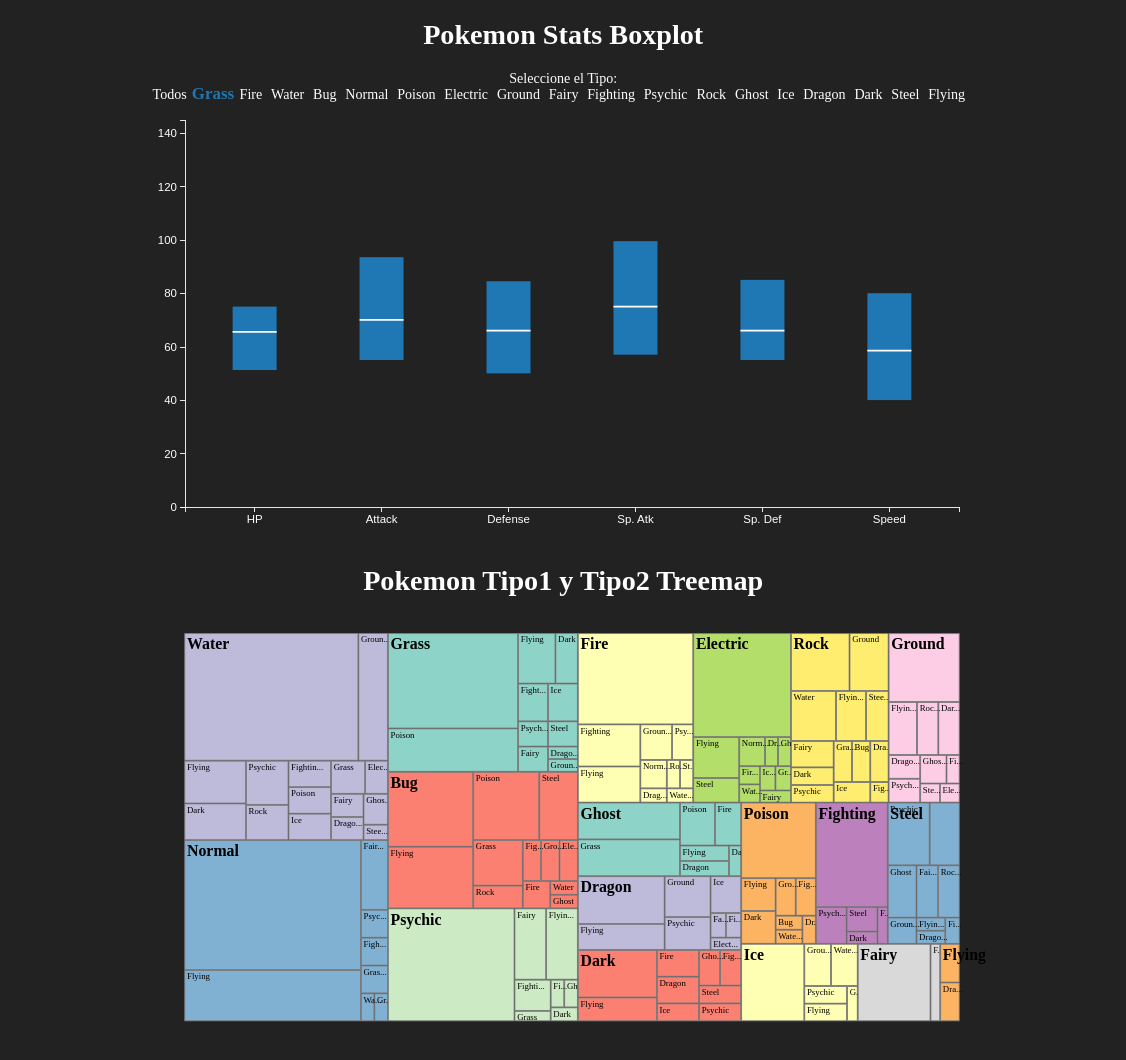
Repository: Cartterr/Proyecto-VisInfo
Page: Propuesta1_Tipos_Cajas.html
These files come from the project's save history. The page is drawn as it stood at one moment and after the next save; the edit follows.
The browser window is 1280 px wide. The pictures show the whole page, at 88% of full size.

Above is the page before, as saved 2023-06-28 04:45:14.

### Propuesta1_Tipos_Cajas.html
<!DOCTYPE html>
<html>
<head>
    <meta charset="utf-8">
    <title>Pokemon Stats Boxplot</title>
    <script src="https://d3js.org/d3.v7.min.js"></script>
</head>

<body>
    <h1>Pokemon Stats Boxplot</h1>
    <link rel="stylesheet" href="Propuesta1_Tipos_Cajas.css">
    <div>
        <label for="typeSelect">Seleccione el Tipo:</label>
        <div class="type-list-container">
            <ul class="type-list" id="typeList"></ul>
        </div>
    </div>
    <div id="boxplot"></div>
    <h1>Pokemon Tipo1 y Tipo2 Treemap</h1>
    <div id="treemap"></div>
    <script src="Propuesta1_Tipos_Cajas.js"></script>
</body>
</html>

### Propuesta1_Tipos_Cajas.css
body {
    margin: 0 auto;
    background-color: #222;
    color: white;
    max-width: 80%;
    min-width: 500px;
    text-align: center;
}

.box {
    fill: #1f77b4;
    cursor: pointer;
    position: relative; /* Agregado */
}

.box:hover {
    fill: #456b86;
}

.tooltip {
    position: absolute;
    background-color: #fff;
    border: 1px solid #ccc;
    padding: 10px;
    pointer-events: none;
    opacity: 0;
    transition: opacity 0.3s ease-in-out;
    top: -40px; /* Agregado */
    left: 0; /* Agregado */
    width: 100px; /* Agregado */
    text-align: center; /* Agregado */
}

.box:hover .tooltip {
    opacity: 1;
}

.median {
    stroke: white;
    stroke-width: 2px;
}

.axis text {
    font-size: 13px;
}

.axis line,
.axis path {
    fill: none;
    stroke: white;
    shape-rendering: crispEdges;
}

.type-list-container {
    display: flex;
    justify-content: center;
}

.type-list {
    display: flex;
    white-space: nowrap;
    padding: 0;
    margin: 0;
    list-style-type: none;
}

.type-list li {
    margin-right: 10px;
    transition: transform 0.3s;
}

.type-list li:hover {
    transform: scale(1.1);
}

.type-list li.selected {
    transform: scale(1.2);
    font-weight: bold;
    color: #1f77b4;
}

.type-list-container {
    overflow-y: hidden;
}

.type-list {
    display: flex;
    white-space: nowrap;
    padding: 0;
    margin: 0;
    list-style-type: none;
}

.type-list li {
    margin-right: 10px;
}

text {
    font-size: 10px;
}

.text-highlight {
    font-size: 18px; /* Adjust the font size as needed */
    font-weight: bold;
    background-color: yellow; /* Adjust the background color as needed */
  }

### Propuesta1_Tipos_Cajas.js
let selectedType = 'Todos';

d3.csv("pokemon.csv").then(data => {
    const types = Array.from(new Set(data.map(d => d["Type 1"])));
    const statNames = ["HP", "Attack", "Defense", "Sp. Atk", "Sp. Def", "Speed"];

    const margin = { top: 20, right: 30, bottom: 40, left: 50 },
        width = 960 - margin.left - margin.right,
        height = 500 - margin.top - margin.bottom;

    const svg = d3.select("#boxplot")
        .append("svg")
        .attr("width", width + margin.left + margin.right)
        .attr("height", height + margin.top + margin.bottom)
        .append("g")
        .attr("transform", `translate(${margin.left},${margin.top})`);

    // Step 1: Add a clipPath to the SVG
    svg.append("defs")
        .append("clipPath")
        .attr("id", "clip")
        .append("rect")
        .attr("width", width)
        .attr("height", height);

    // Step 2: Create a new group within the SVG to contain the boxplot
    const boxplot = svg.append("g")
        .attr("clip-path", "url(#clip)");

    // Add a rect to capture mouse events for zooming
    boxplot.append("rect")
        .attr("width", width)
        .attr("height", height)
        .style("fill", "none")
        .style("pointer-events", "all");

    const x = d3.scaleBand()
        .range([0, width])
        .padding(0.1);

    const y = d3.scaleLinear()
        .range([height, 0]);

    const xAxis = d3.axisBottom(x);
    const yAxis = d3.axisLeft(y);

    svg.append("g")
        .attr("class", "axis x-axis")
        .attr("transform", `translate(0,${height})`)
        .call(xAxis);

    svg.append("g")
        .attr("class", "axis y-axis")
        .call(yAxis);


    // Step 3: Create a zoom behavior and add it to the SVG
    const zoom = d3.zoom()
        .scaleExtent([1, 40])
        .translateExtent([[0, 0], [width, height]])
        .extent([[0, 0], [width, height]])
        .on("zoom", zoomed);

    svg.call(zoom);


    // Step 4: Define a zoomed function to handle the zoom event
    function zoomed(event) {
        // update the x and y scales according to the zoom transform
        const xz = event.transform.rescaleX(x);
        const yz = event.transform.rescaleY(y);

        // update boxplot
        updateBoxPlot(selectedType, xz, yz);
    }


    const updateBoxPlot = (selectedType, xScale = x, yScale = y) => {
        let typeData;
        if (selectedType === 'Todos') {  // Add this condition
            typeData = data;
        } else {
            typeData = data.filter(d => d["Type 1"] === selectedType);
        }

        const typeStats = statNames.map(stat => typeData.map(d => +d[stat]));

        xScale.domain(statNames);
        yScale.domain([0, d3.max(typeStats, d => d3.max(d))]);

        svg.select(".x-axis")
            .call(xAxis);

        svg.select(".y-axis")
            .transition()
            .duration(250)
            .call(yAxis);

        const boxWidth = Math.min(50, x.bandwidth());

        svg.selectAll(".box")
            .data(typeStats)
            .join("rect")
            .transition()
            .duration(450)
            .attr("class", "box")
            .attr("x", (d, i) => xScale(statNames[i]) + (xScale.bandwidth() - boxWidth) / 2)
            .attr("width", boxWidth)
            .attr("y", d => yScale(d3.quantile(d, 0.75)))
            .attr("height", d => yScale(d3.quantile(d, 0.25)) - yScale(d3.quantile(d, 0.75)));

        typeList.selectAll("li")
            .classed("selected", d => d === selectedType);

        svg.selectAll(".median")
            .data(typeStats)
            .join("line")
            .transition()
            .duration(450)
            .attr("class", "median")
            .attr("x1", (d, i) => xScale(statNames[i]) + (xScale.bandwidth() - boxWidth) / 2)
            .attr("x2", (d, i) => xScale(statNames[i]) + (xScale.bandwidth() + boxWidth) / 2)
            .attr("y1", d => yScale(d3.median(d)))
            .attr("y2", d => yScale(d3.median(d)));
    };

    // Step 6: Reset the zoom scale and translate when double-clicking on the boxplot
    boxplot.on("dblclick.zoom", () => {
        boxplot.transition().duration(750).call(zoom.transform, d3.zoomIdentity);
    });

    const typeList = d3.select("#typeList");
    typeList.selectAll("li")
        .data(['Todos'].concat(types))  // Add 'Todos' to the list
        .enter()
        .append("li")
        .text(d => d)
        .on("click", function () {
            let clickedType = d3.select(this).text();

            if (clickedType === selectedType) {
                selectedType = 'Todos';
            } else {
                selectedType = clickedType;
            }

            svgTreemap.selectAll("rect")
                .attr("opacity", d => d.parent.data.name === selectedType || selectedType === 'Todos' ? 1 : 0.3);

            updateBoxPlot(selectedType);
        });


    // Initialize with the first type
    updateBoxPlot(types[0]);

    // Add an id for each Pokemon (needed to compute hierarchy)
    data.forEach((d, i) => d.id = i);


   //TREEMAP
    const color = d3.scaleOrdinal()
    .domain(types)
    .range(d3.schemeSet3);

    // Group the data by Type 1 and Type 2
    let groupedData = d3.group(data, d => d["Type 1"], d => d["Type 2"]);

    // Convert the grouped data into a hierarchical structure
    let hierarchyData = { name: "root", children: [] };
    for (let [type1, values1] of groupedData) {
        let type1Node = { name: type1, children: [] };
        for (let [type2, values2] of values1) {
            type1Node.children.push({ name: type2, value: values2.length });
        }
        hierarchyData.children.push(type1Node);
    }


    // Building the treemap
    const root = d3.hierarchy(hierarchyData)
        .sum(d => d.value)
        .sort((a, b) => b.value - a.value);

    d3.treemap()
        .size([width, height])
        .paddingInner(1)
        (root);

    const svgTreemap = d3.select("#treemap")
        .append("svg")
        .attr("width", width + margin.left + margin.right)
        .attr("height", height + margin.top + margin.bottom)
        .append("g")
        .attr("transform", `translate(${margin.left},${margin.top})`);

    // Create a parent groups for Type 1
    const groups = svgTreemap.selectAll('g')
        .data(root.children)
        .enter()
        .append('g');

    let selectedTypeNode = null;

    // Create a subgroup for each leaf under Type 1 group
    groups.selectAll("rect")
        .data(d => d.leaves())
        .enter()
        .append("rect")
        .attr("x", d => d.x0)
        .attr("y", d => d.y0)
        .attr("width", d => d.x1 - d.x0)
        .attr("height", d => d.y1 - d.y0)
        .attr("fill", d => color(d.parent.data.name)) // color according to Type 1
        .attr("stroke", "grey")
        .attr("opacity", 1)
        .on("click", function(event, d) {
            svgTreemap.selectAll("rect")
                .attr("opacity", 0.3); // reduce opacity for all rectangles

            if (selectedTypeNode) {

                selectedTypeNode.selectAll("rect")
                    .attr("opacity", 0.3); // reset opacity for previously selected group
            }

            if (selectedTypeNode === d3.select(this.parentNode)) {
                selectedTypeNode = null;
            } else {
                selectedTypeNode = d3.select(this.parentNode);

                selectedTypeNode.selectAll("rect")
                    .attr("opacity", 1); // set full opacity for selected group
            }

            const type = d.parent.data.name; // Type 1
            selectedType = selectedType === type ? 'Todos' : type;

            svgTreemap.selectAll("rect")
                .attr("opacity", d => selectedType === 'Todos' || d.parent.data.name === selectedType ? 1 : 0.3);


            typeList.selectAll("li")
                .classed("selected", d => d === selectedType);

            updateBoxPlot(selectedType);
        });

    // Add labels for Type 2 and Type 1
    groups.selectAll("text.type2")
        .data(d => d.leaves())
        .enter()
        .append("text")
        .attr("class", "type2")
        .attr("x", d => d.x0 + 2.5)
        .attr("y", d => d.y0 + 10)
        .text(d => d.data.name.length * 6 < (d.x1 - d.x0) ? d.data.name : `${d.data.name.slice(0, (d.x1 - d.x0) / 6)}...`) // Truncate text if it doesn't fit
        .append("title")  // Tooltip to show full name on hover
        .text(d => d.data.name);

    groups.append("text")
        .attr("class", "type1 text-highlight") // Add the "text-highlight" class
        .attr("x", d => d.x0 + 2.5)
        .attr("y", d => d.y0 + 18)
        .text(d => d.data.name) // show Type 1
        .append("title") // Tooltip to show full name on hover
        .text(d => d.data.name);

});

After the next save:
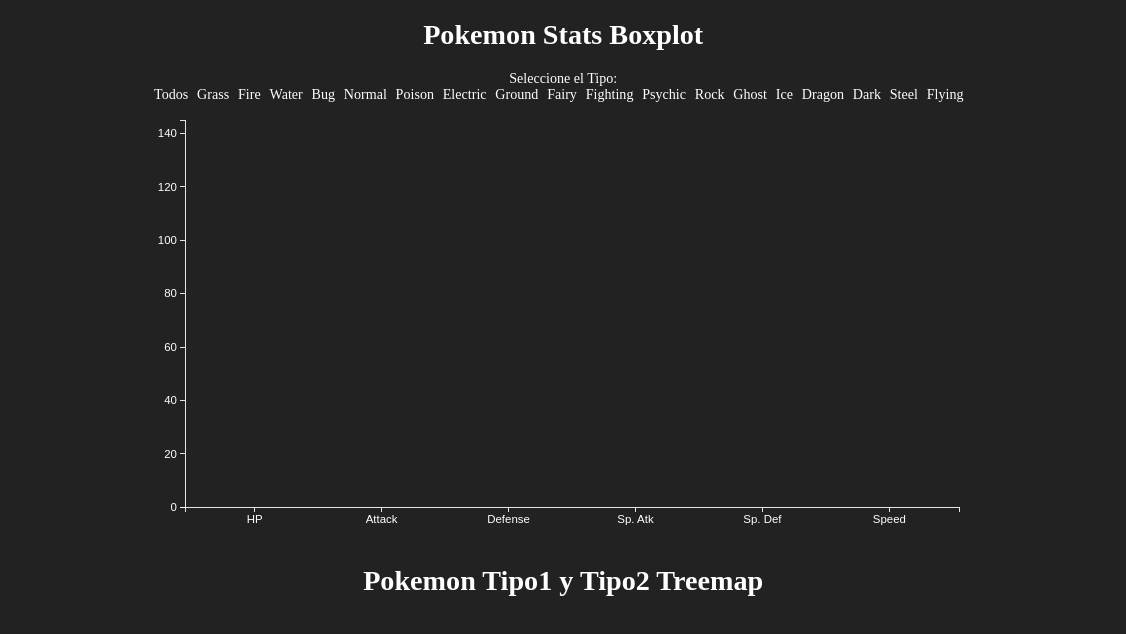
Console error: ReferenceError: xz is not defined
Saved 12 s later.
--- a/Propuesta1_Tipos_Cajas.js
+++ b/Propuesta1_Tipos_Cajas.js
@@ -104,10 +104,10 @@
             .transition()
             .duration(450)
             .attr("class", "box")
-            .attr("x", (d, i) => xScale(statNames[i]) + (xScale.bandwidth() - boxWidth) / 2)
+            .attr("x", (d, i) => xz(statNames[i]) + (xz.bandwidth() - boxWidth) / 2)
             .attr("width", boxWidth)
-            .attr("y", d => yScale(d3.quantile(d, 0.75)))
-            .attr("height", d => yScale(d3.quantile(d, 0.25)) - yScale(d3.quantile(d, 0.75)));
+            .attr("y", d => yz(d3.quantile(d, 0.75)))
+            .attr("height", d => yz(d3.quantile(d, 0.25)) - yz(d3.quantile(d, 0.75)));
 
         typeList.selectAll("li")
             .classed("selected", d => d === selectedType);

After the 5 saves that followed:
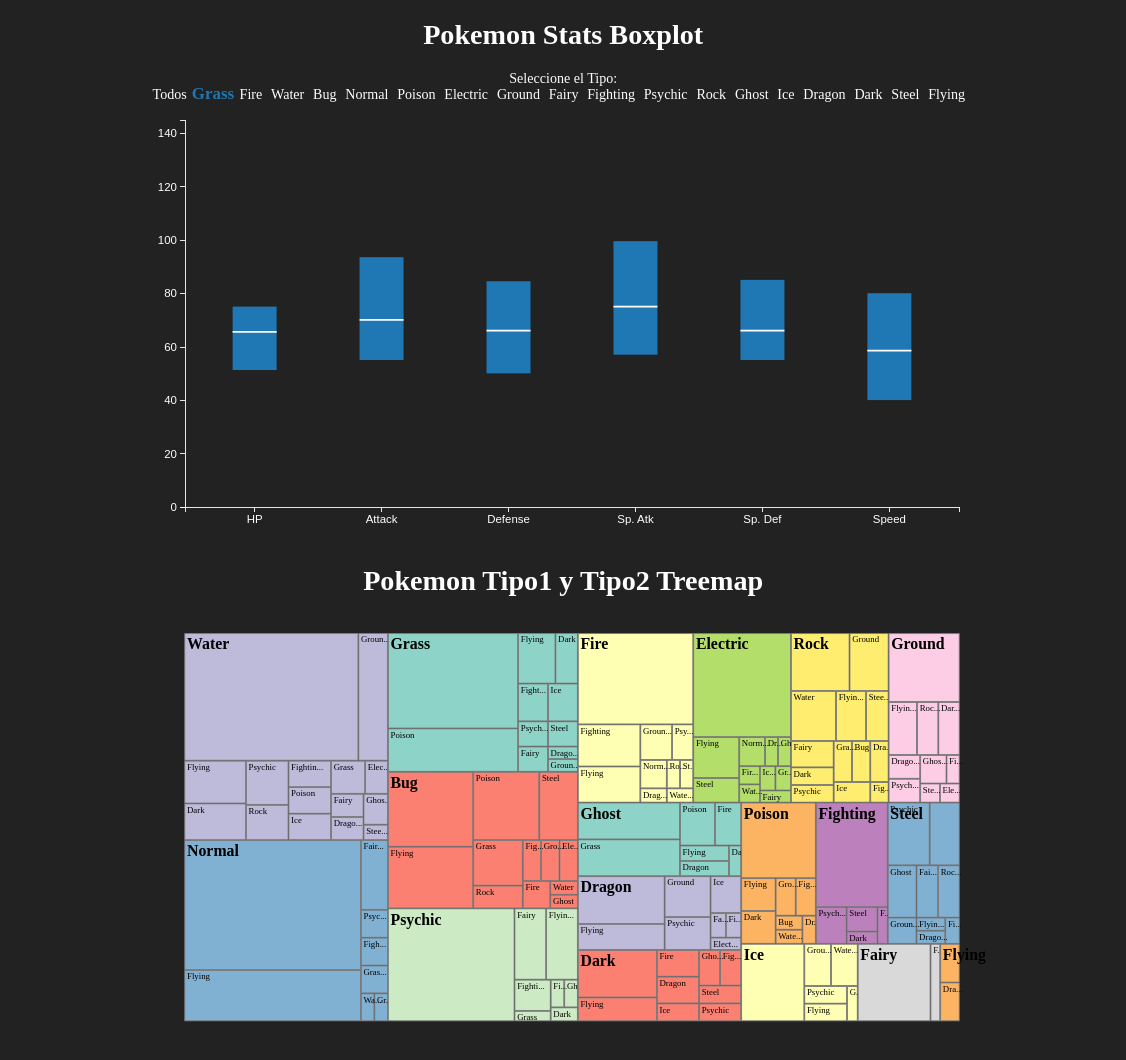
The error is gone.
The 5 saves are shown as one change because 4 left the picture as it was.
The last was saved 37 s later.
--- a/Propuesta1_Tipos_Cajas.js
+++ b/Propuesta1_Tipos_Cajas.js
@@ -104,10 +104,10 @@
             .transition()
             .duration(450)
             .attr("class", "box")
-            .attr("x", (d, i) => xz(statNames[i]) + (xz.bandwidth() - boxWidth) / 2)
+            .attr("x", (d, i) => xScale(statNames[i]) + (xScale.bandwidth() - boxWidth) / 2)
             .attr("width", boxWidth)
-            .attr("y", d => yz(d3.quantile(d, 0.75)))
-            .attr("height", d => yz(d3.quantile(d, 0.25)) - yz(d3.quantile(d, 0.75)));
+            .attr("y", d => yScale(d3.quantile(d, 0.75)))
+            .attr("height", d => yScale(d3.quantile(d, 0.25)) - yScale(d3.quantile(d, 0.75)));
 
         typeList.selectAll("li")
             .classed("selected", d => d === selectedType);
